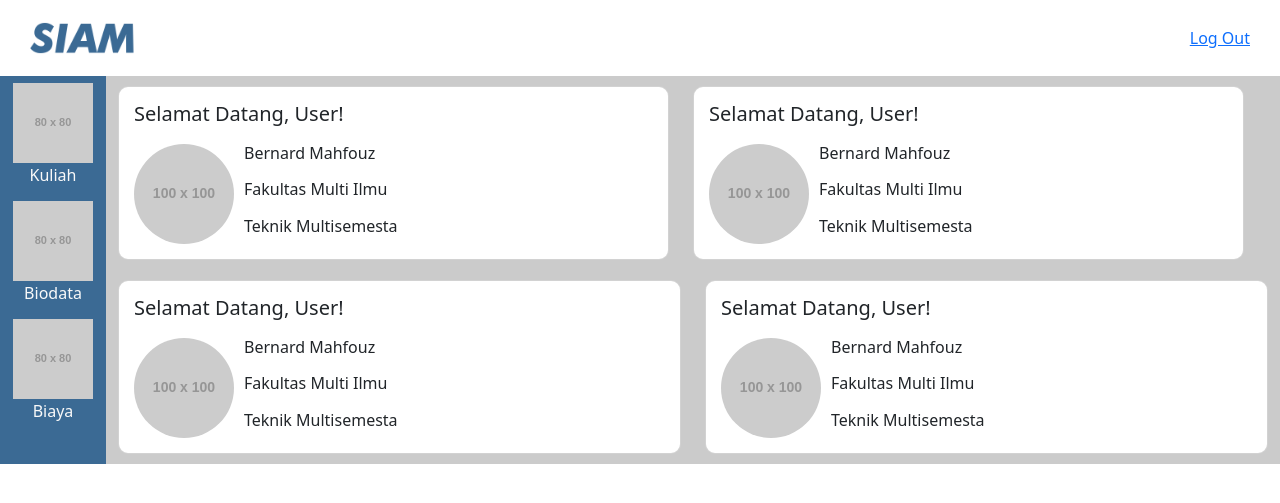
Repository: haikalirf/Project-IMK
Page: kuliah.html
The author's editor kept a copy of each file at every save. The page is drawn from the files as they stood at one save, then again after the next save.
The browser window is 1280 px wide. The pictures show the whole page.

Above is the page before, as saved 2022-12-10 14:32:28.

### kuliah.html
<!DOCTYPE html>
<html lang="en">
<head>
	<meta charset="UTF-8">
	<meta http-equiv="X-UA-Compatible" content="IE=edge">
	<meta name="viewport" content="width=device-width, initial-scale=1.0">
	<title>SIAM</title>
	<link rel="icon" href="/assets/logo_ub.ico">
	<link rel="stylesheet" href="https://cdn.jsdelivr.net/npm/bootstrap@5.2.3/dist/css/bootstrap.min.css" integrity="sha384-rbsA2VBKQhggwzxH7pPCaAqO46MgnOM80zW1RWuH61DGLwZJEdK2Kadq2F9CUG65" crossorigin="anonymous">
	<link rel="stylesheet" href="/styles/kuliah.css">
</head>
<body>
	<nav class="navbar" id="navbar">
		<a class="navbar-brand" href="/kuliah.html">
			<img id="navbar-image" src="/assets/SIAM.png" alt="SIAM">
		</a>
		<a class="navbar-link" href="#">Log Out</a>
	</nav>
	<div id="content">
		<div id="sidebar">
			<a class="btn" href="">
				<img id="sidebar-kuliah" src="https://via.placeholder.com/80" alt="Kuliah">
				<br>
				<label for="sidebar-kuliah">Kuliah</label>
			</a>
			<a class="btn" href="">
				<img id="sidebar-biodata" src="https://via.placeholder.com/80" alt="Biodata">
				<br>
				<label for="sidebar-biodata">Biodata</label>
			</a>
			<a class="btn" href="">
				<img id="sidebar-biaya" src="https://via.placeholder.com/80" alt="Biaya">
				<br>
				<label for="sidebar-biaya">Biaya</label>
			</a>
		</div>
		<div class="row main-rows">
			<div class="row two-rows">
				<div class="col">
					<div class="card" id="card-user">
						<h5 class="card-title">Selamat Datang, User!</h5>
						<div class="card-body">
							<img class="rounded-circle" src="https://via.placeholder.com/100" alt="User Image">
							<div class="card-text-group">
								<h6>Bernard Mahfouz</h6>
								<h6>Fakultas Multi Ilmu</h6>
								<h6>Teknik Multisemesta</h6>
							</div>
						</div>
					</div>
				</div>
				<div class="col">
					<div class="card" id="card-user">
						<h5 class="card-title">Selamat Datang, User!</h5>
						<div class="card-body">
							<img class="rounded-circle" src="https://via.placeholder.com/100" alt="User Image">
							<div class="card-text-group">
								<h6>Bernard Mahfouz</h6>
								<h6>Fakultas Multi Ilmu</h6>
								<h6>Teknik Multisemesta</h6>
							</div>
						</div>
					</div>
				</div>
			</div>
			<div class="col">
				<div class="card" id="card-user">
					<h5 class="card-title">Selamat Datang, User!</h5>
					<div class="card-body">
						<img class="rounded-circle" src="https://via.placeholder.com/100" alt="User Image">
						<div class="card-text-group">
							<h6>Bernard Mahfouz</h6>
							<h6>Fakultas Multi Ilmu</h6>
							<h6>Teknik Multisemesta</h6>
						</div>
					</div>
				</div>
			</div>
			<div class="col">
				<div class="card" id="card-user">
					<h5 class="card-title">Selamat Datang, User!</h5>
					<div class="card-body">
						<img class="rounded-circle" src="https://via.placeholder.com/100" alt="User Image">
						<div class="card-text-group">
							<h6>Bernard Mahfouz</h6>
							<h6>Fakultas Multi Ilmu</h6>
							<h6>Teknik Multisemesta</h6>
						</div>
					</div>
				</div>
			</div>
		</div>
	</div>
	<script src="https://cdn.jsdelivr.net/npm/bootstrap@5.2.3/dist/js/bootstrap.bundle.min.js" integrity="sha384-kenU1KFdBIe4zVF0s0G1M5b4hcpxyD9F7jL+jjXkk+Q2h455rYXK/7HAuoJl+0I4" crossorigin="anonymous"></script>
</body>
</html>

### styles/kuliah.css
html {
	box-sizing: border-box;
}

*, *:before, *:after {
	box-sizing: inherit;
}

#navbar {
	display: flex;
	justify-content: space-between;
	margin: 0px 30px;
}

#navbar-image {
	height: 50px;
}

#content {
	display: flex;
	width: 100%;
}

#sidebar {
	background-color: #3b6a94;
	display: flex;
	flex-direction: column;
}

a img, a label {
	color: #f9f9f9;
}

.main-rows{
	background-color: #cbcbcb;
	margin-left: 0px;
	width: calc(100% - 106px);
}

.card {
	margin: 10px 0px;
	padding: 15px;
	border-radius: 10px;
}

.card-body{
	display: flex;
	padding: 10px 0px 0px;
}

.card-text-group {
	margin-left: 10px;
	display: flex;
	flex-direction: column;
	justify-content: space-between;
}

After the next save:
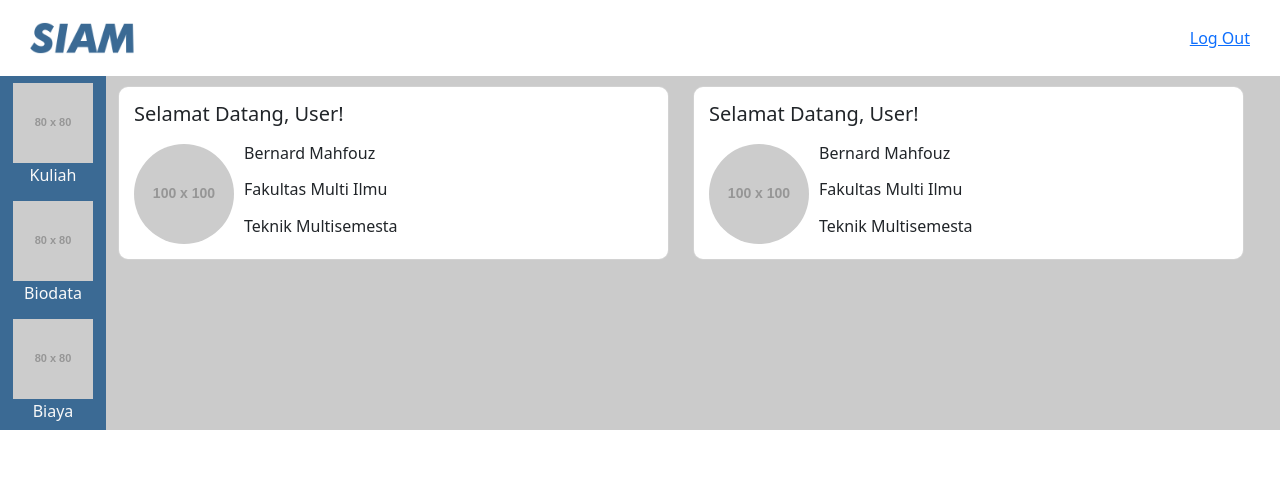
Saved 19 s later.
--- a/kuliah.html
+++ b/kuliah.html
@@ -63,32 +63,6 @@
 					</div>
 				</div>
 			</div>
-			<div class="col">
-				<div class="card" id="card-user">
-					<h5 class="card-title">Selamat Datang, User!</h5>
-					<div class="card-body">
-						<img class="rounded-circle" src="https://via.placeholder.com/100" alt="User Image">
-						<div class="card-text-group">
-							<h6>Bernard Mahfouz</h6>
-							<h6>Fakultas Multi Ilmu</h6>
-							<h6>Teknik Multisemesta</h6>
-						</div>
-					</div>
-				</div>
-			</div>
-			<div class="col">
-				<div class="card" id="card-user">
-					<h5 class="card-title">Selamat Datang, User!</h5>
-					<div class="card-body">
-						<img class="rounded-circle" src="https://via.placeholder.com/100" alt="User Image">
-						<div class="card-text-group">
-							<h6>Bernard Mahfouz</h6>
-							<h6>Fakultas Multi Ilmu</h6>
-							<h6>Teknik Multisemesta</h6>
-						</div>
-					</div>
-				</div>
-			</div>
 		</div>
 	</div>
 	<script src="https://cdn.jsdelivr.net/npm/bootstrap@5.2.3/dist/js/bootstrap.bundle.min.js" integrity="sha384-kenU1KFdBIe4zVF0s0G1M5b4hcpxyD9F7jL+jjXkk+Q2h455rYXK/7HAuoJl+0I4" crossorigin="anonymous"></script>
